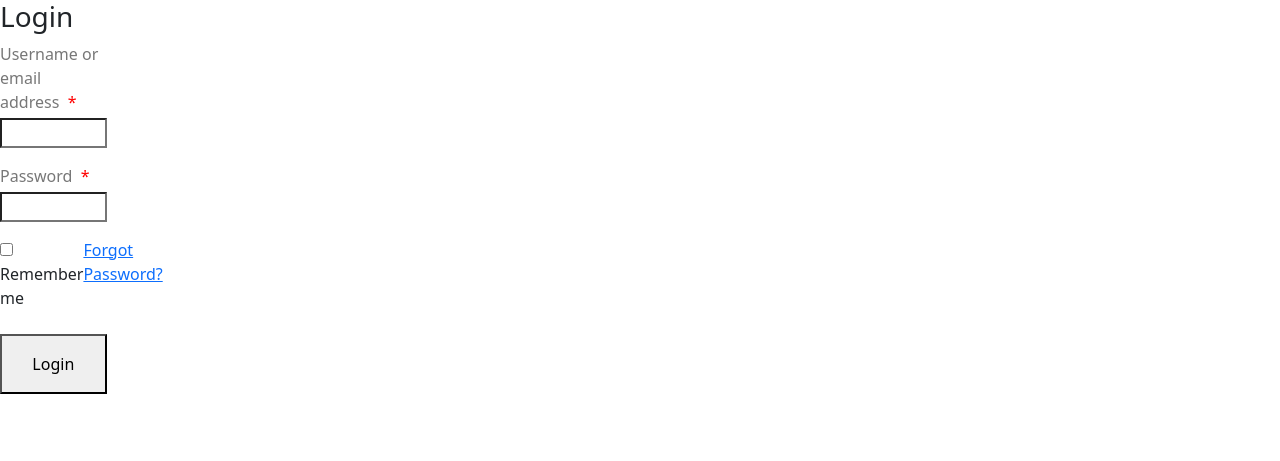
Repository: NguyenDo13/BE2-NhomH
Page: module-20,21/index.html
These files come from the project's save history. The page is drawn as it stood at one moment and after the next save; the edit follows.
The browser window is 1280 px wide. The pictures show the whole page.

Above is the page before, as saved 2022-05-21 07:31:22.

After the next save:
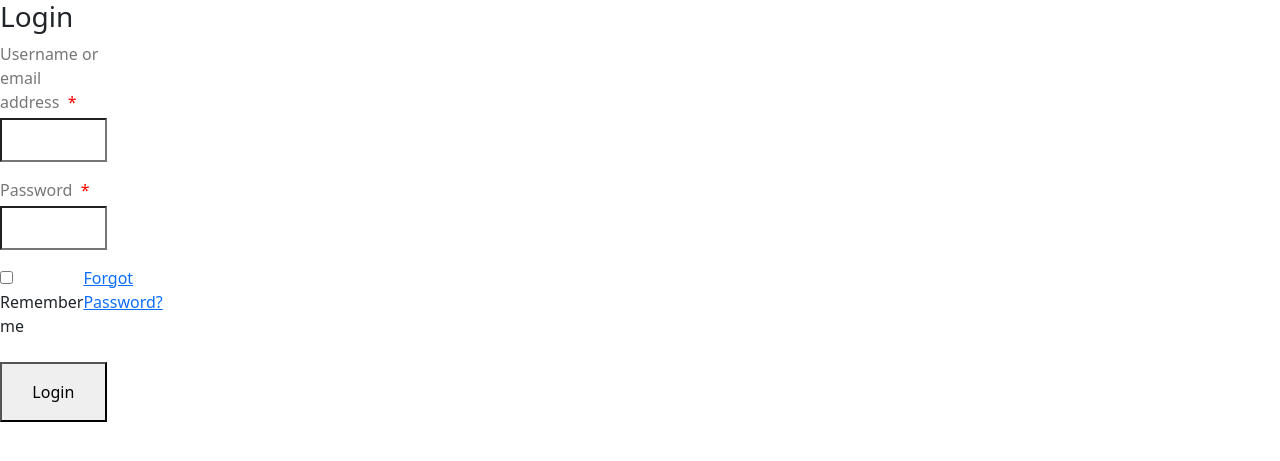
Saved 9 s later.
--- a/module-20,21/index/public/css/style.css
+++ b/module-20,21/index/public/css/style.css
@@ -6,7 +6,7 @@
     width: 100%;
     background-color: #fff;
     color: #777777;
-    padding: ;
+    padding: 8px 12px;
 }
 
 .required {
